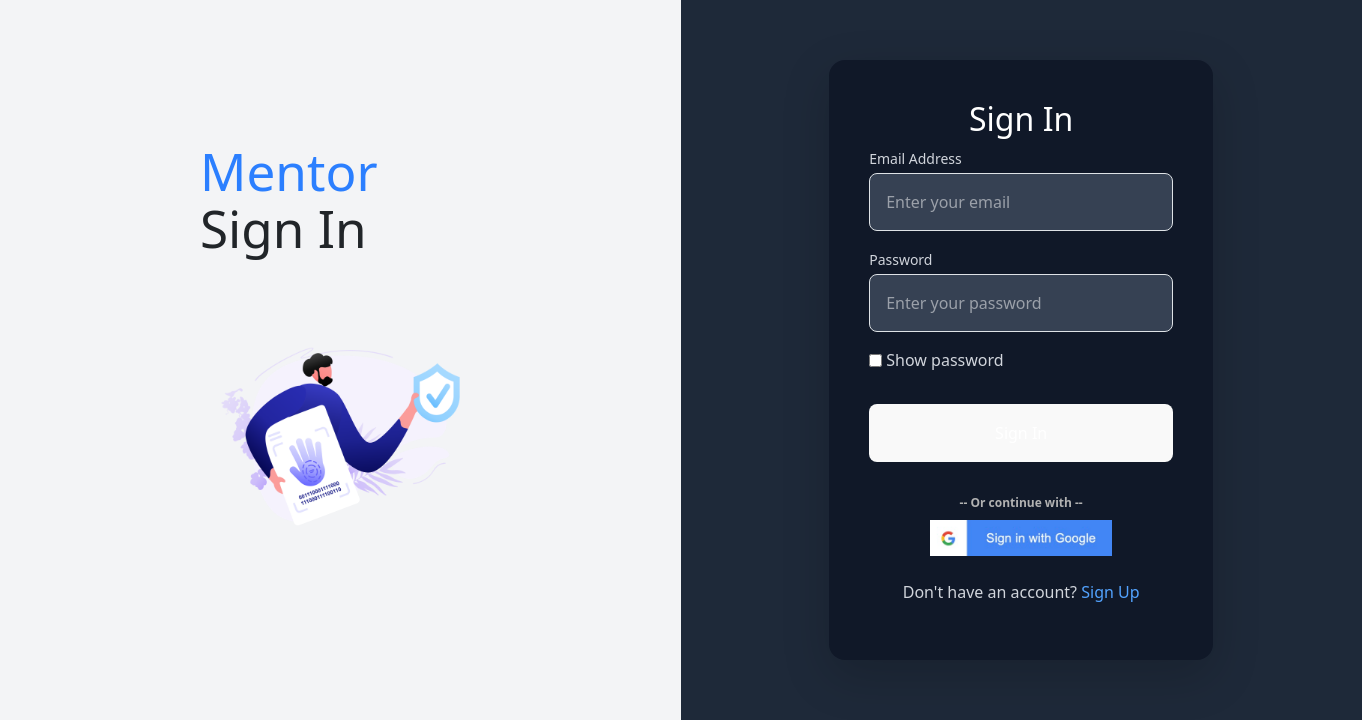
Repository: NamanSahu09/MentorConnect
Page: /dashboard
These files come from the project's save history. The page is drawn as it stood at one moment and after the next save; the edit follows.
The browser window is 1280 px wide. The page is 1362 px wide, then 1280 px, then 1362 px, so the pictures cover 1362 px, including what lies to the right of the window. The pictures show the whole page.
The project was rebuilt for these pictures with package versions that can differ from the ones it lists, and the page was loaded fresh each time. Also part of the build but not shown: vite.config.js, src/pages/Home.jsx, src/pages/SignUp.jsx.

Above is the page before, as saved 2025-03-26 12:08:59.

After the next save:
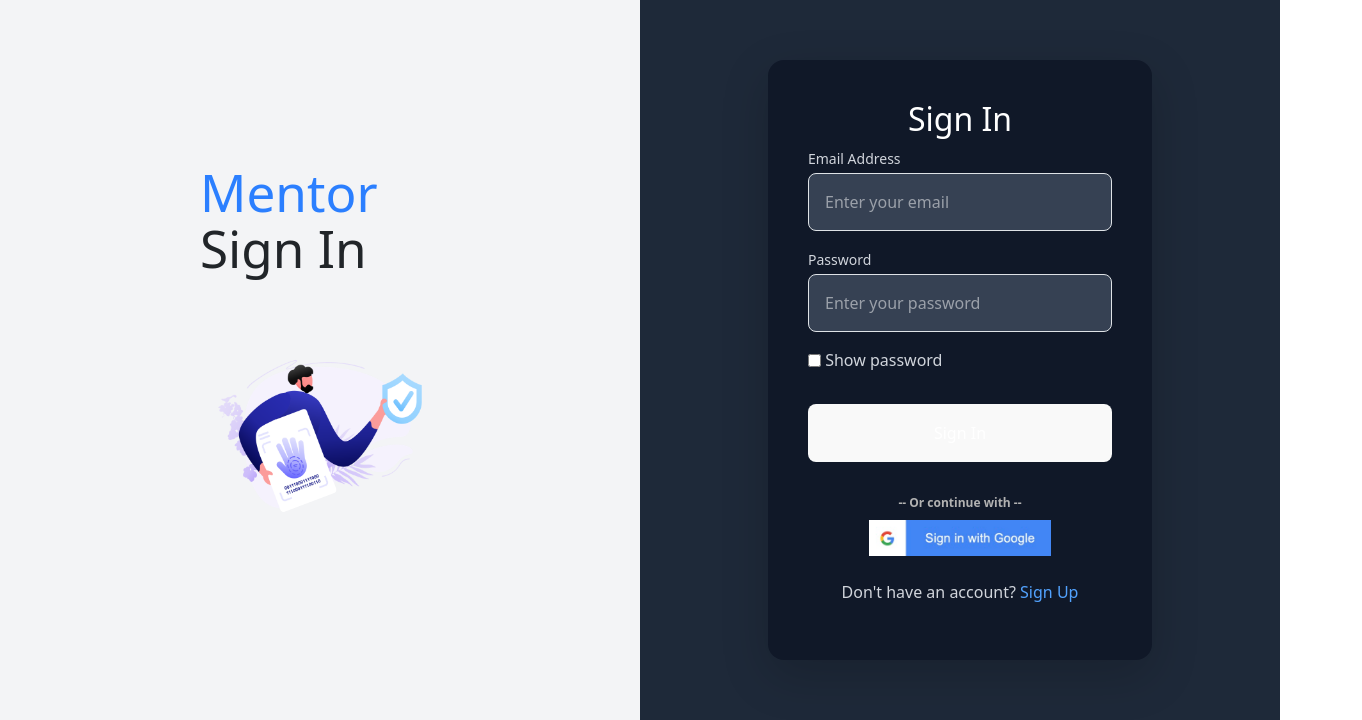
Saved 107 s later.
--- a/src/pages/SignIn.jsx
+++ b/src/pages/SignIn.jsx
@@ -64,7 +64,7 @@
       </div>
 
       {/* Right Section */}
-      <div className="w-1/2 bg-gray-800 flex flex-col justify-center items-center text-white p-50">
+      <div className="w-1/2 bg-gray-800 flex flex-col justify-center items-center text-white p-30">
         <div className="bg-gray-900 p-10 rounded-2xl shadow-lg w-96">
           <h2 className="text-3xl font-semibold text-center text-blue-400 mb-6">Sign In</h2>
 

After the save that followed:
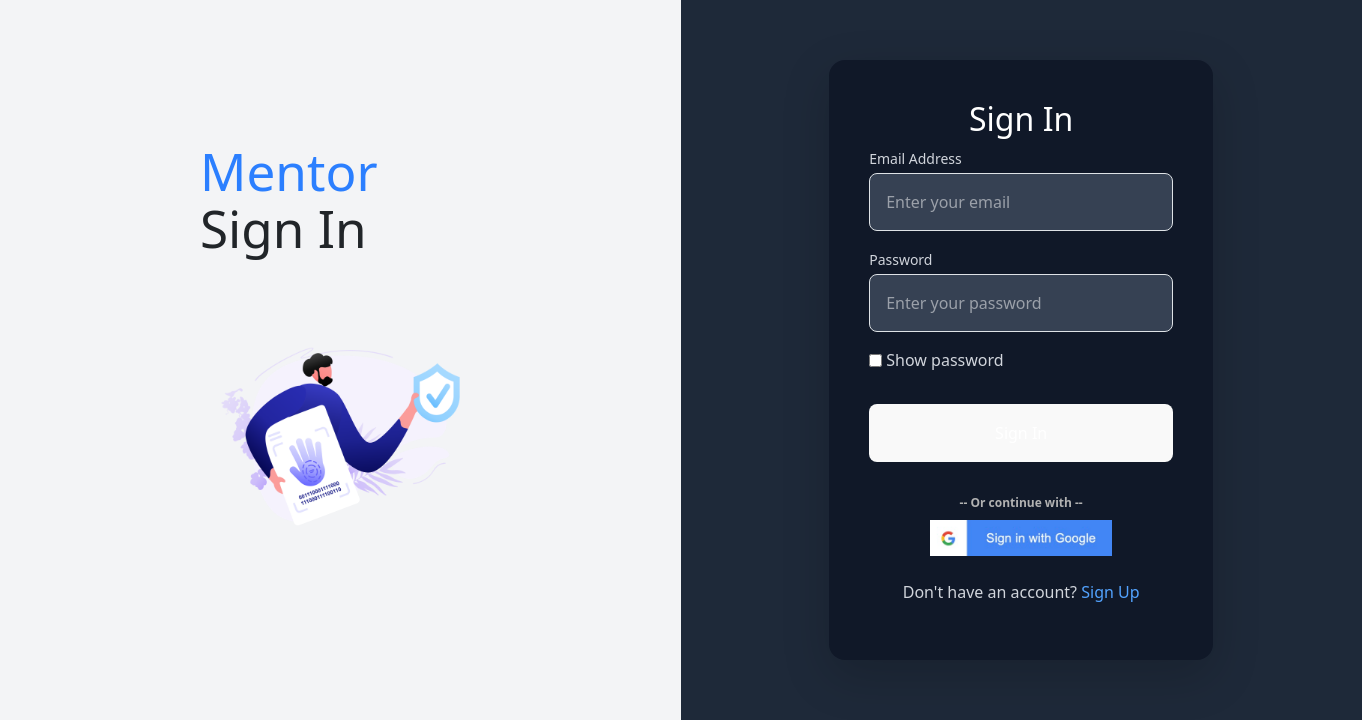
Saved 10 s later.
--- a/src/pages/SignIn.jsx
+++ b/src/pages/SignIn.jsx
@@ -64,7 +64,7 @@
       </div>
 
       {/* Right Section */}
-      <div className="w-1/2 bg-gray-800 flex flex-col justify-center items-center text-white p-30">
+      <div className="w-1/2 bg-gray-800 flex flex-col justify-center items-center text-white p-50">
         <div className="bg-gray-900 p-10 rounded-2xl shadow-lg w-96">
           <h2 className="text-3xl font-semibold text-center text-blue-400 mb-6">Sign In</h2>
 
